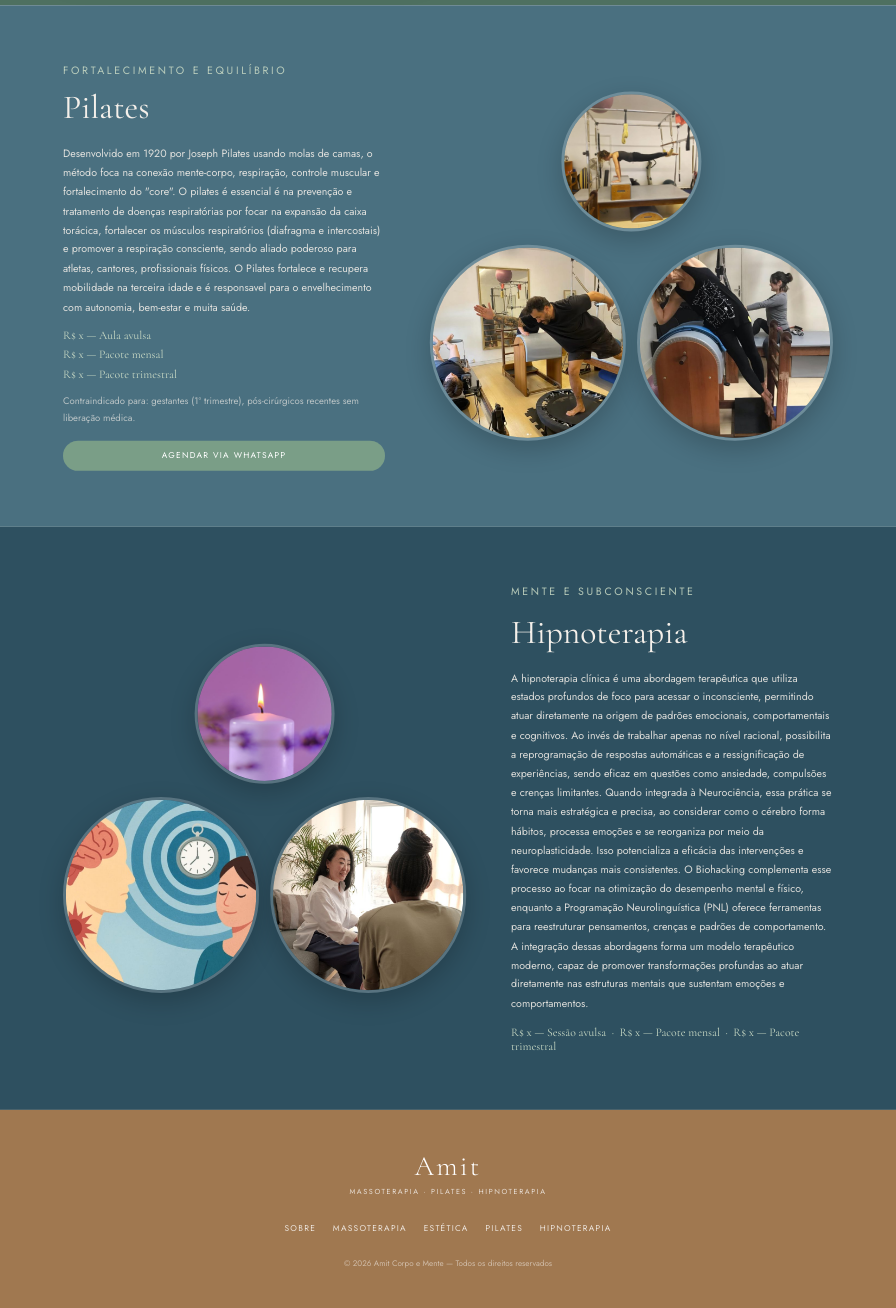
Repository: beatriz-nagae/amit-corpoemente
Page: index.html
The author's editor kept a copy of each file at every save. The page is drawn from the files as they stood at one save, then again after the next save.
The browser window is 1280 px wide. The pictures show the part of the page from y = 3362 to 5282 px (the page is 5230 px tall before and 5282 px after), at 70% of full size.
An inner scrolling area shows only its first screen.

Above is the page before, as saved 2026-04-01 23:45:43.

After the next save:
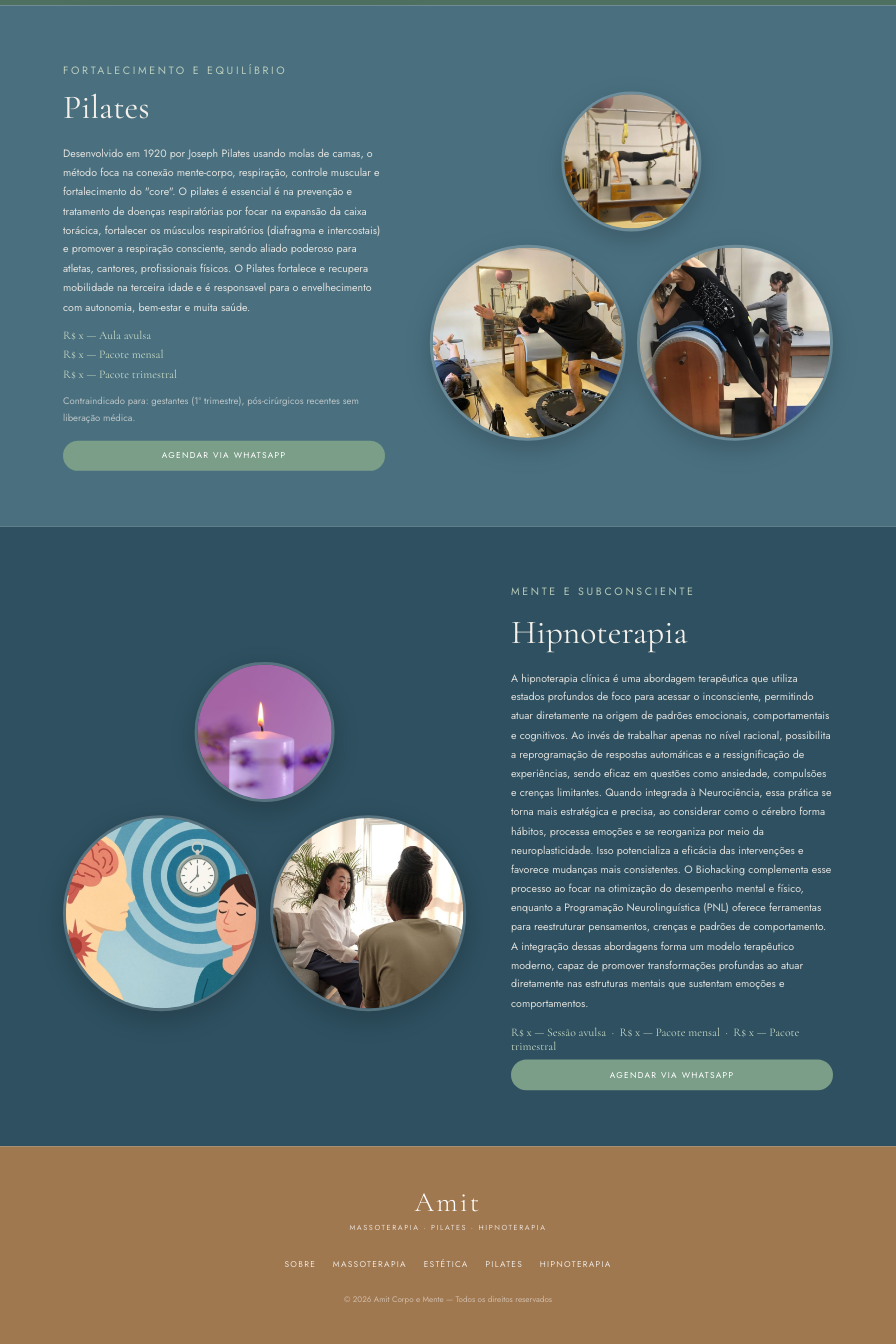
Saved 27 s later.
--- a/index.html
+++ b/index.html
@@ -254,6 +254,7 @@ O Biohacking complementa esse processo ao focar na otimização do desempenho me
 A integração dessas abordagens forma um modelo terapêutico moderno, capaz de promover transformações profundas ao atuar diretamente nas estruturas mentais que sustentam emoções e comportamentos.</p>
           <div class="hipno-precos">
             R$ x — Sessão avulsa &nbsp;·&nbsp; R$ x — Pacote mensal &nbsp;·&nbsp; R$ x — Pacote trimestral
+             <button class="massa-cta-btn" onclick="window.open('https://wa.me/5511989243356','_blank')">Agendar via WhatsApp</button>
           </div>
         </div>
 
